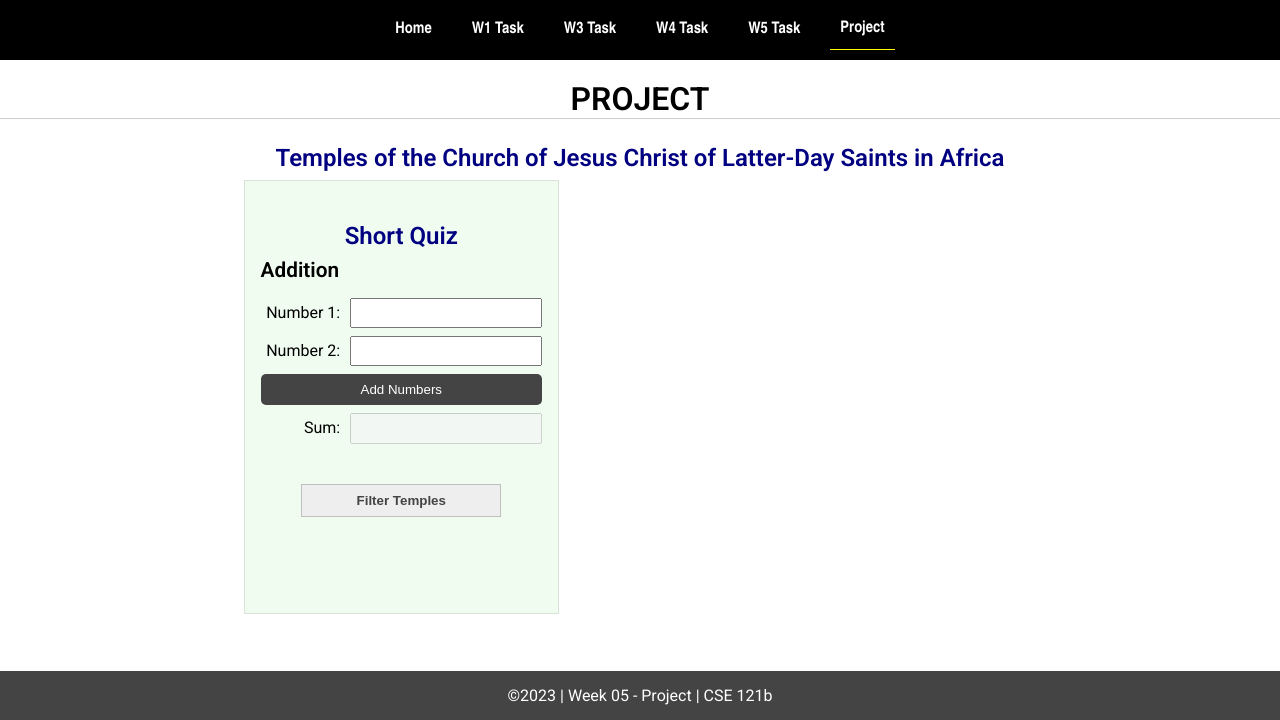
Repository: mszakutumela/cse121b
Page: Project/project.html
These files come from the project's save history. The page is drawn as it stood at one moment and after the next save; the edit follows.
The browser window is 1280 px wide. The pictures show the whole page.

Above is the page before, as saved 2023-10-24 14:50:40.

After the next save:
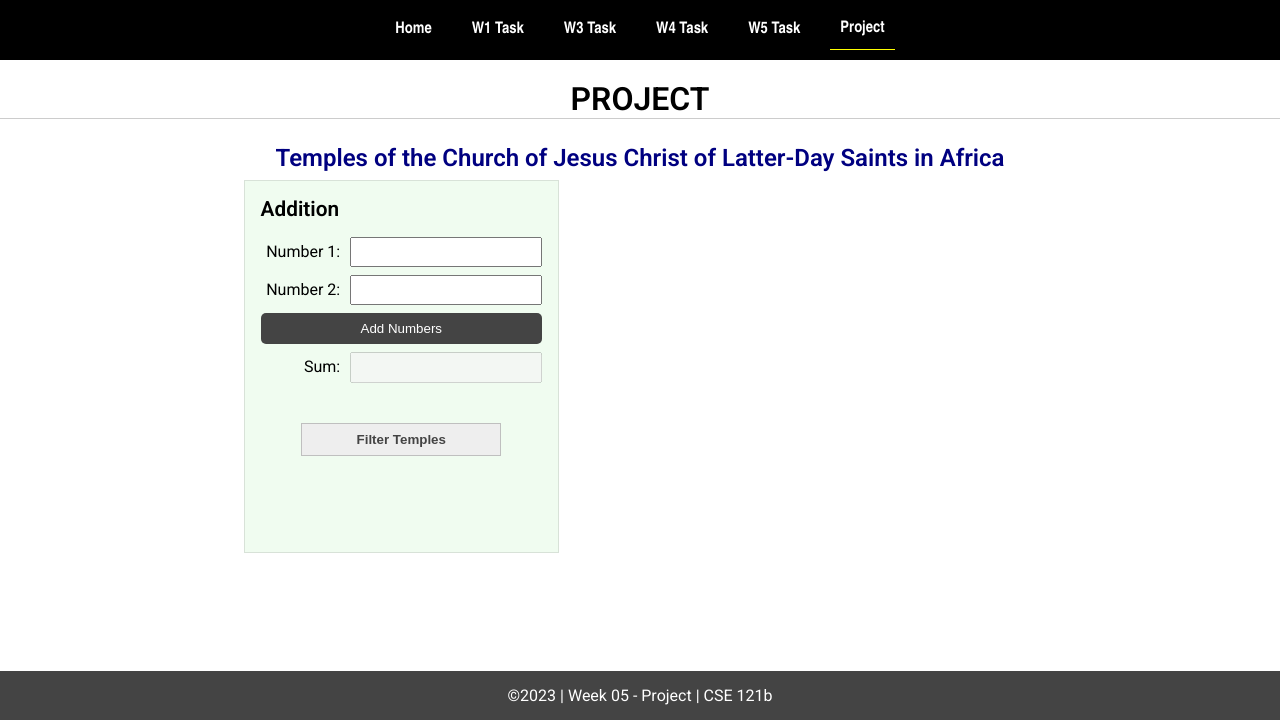
Saved 61 s later.
--- a/Project/project.html
+++ b/Project/project.html
@@ -30,7 +30,6 @@
 
     <main id="task3">
       <section id="section1">
-          <h2>Short Quiz</h2>
           <article>
               <h3>Addition</h3>
               <div>
